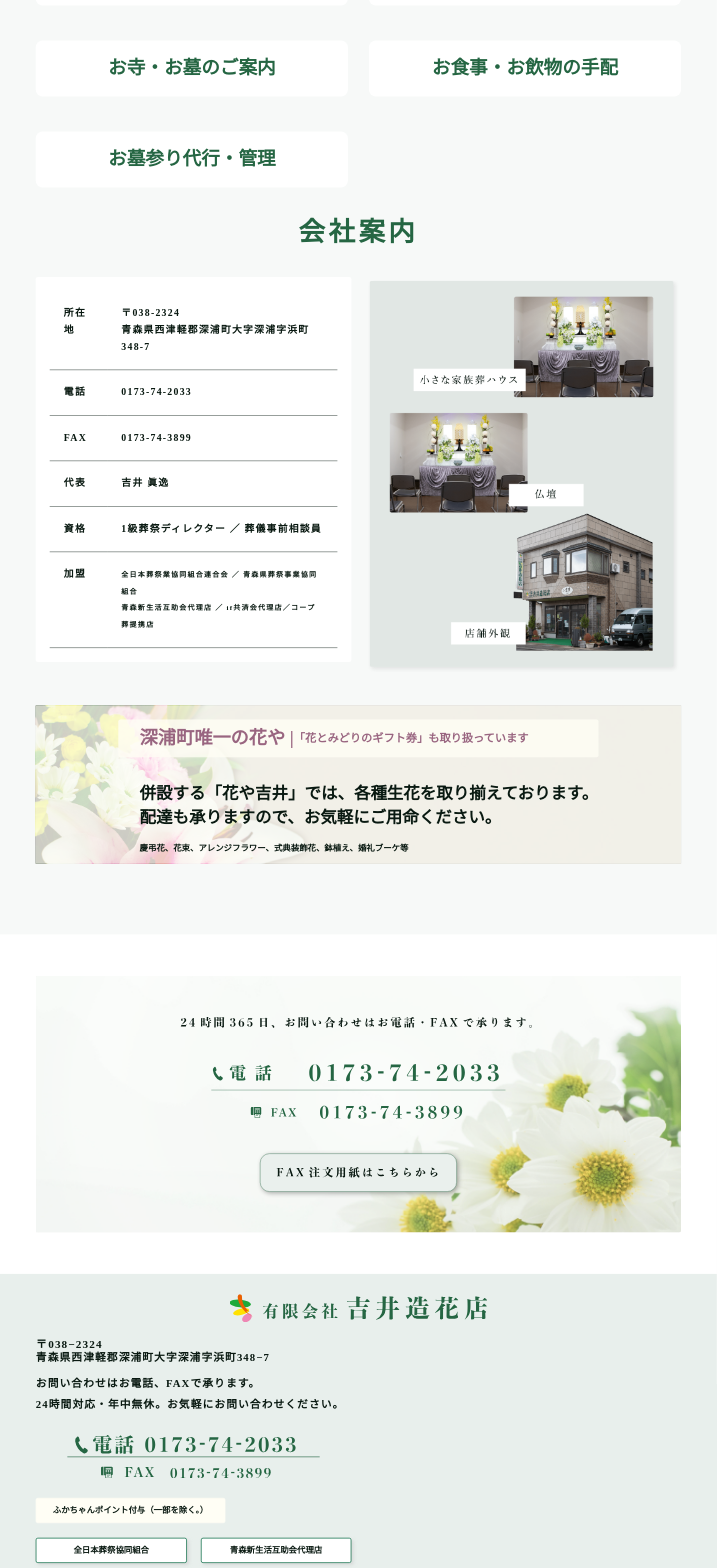
Repository: plus-agc-service-yamauchi/yoshii_scratch_ver3
Page: about.html
These files come from the project's save history. The page is drawn as it stood at one moment and after the next save; the edit follows.
The browser window is 1024 px wide. The pictures show the part of the page from y = 927 to 3167 px (the page is 3639 px tall), at 70% of full size.
Pictures or frames that could not be fetched are drawn as grey boxes. Some web libraries are served in a nearby version. The style sheet was rebuilt from its Sass, Less or Tailwind sources for each picture, by a compiler version that may differ from the author's.

Above is the page before, as saved 2021-02-01 16:09:02.
Console error (its wording comes from the project's code and is left out).

After the next save:
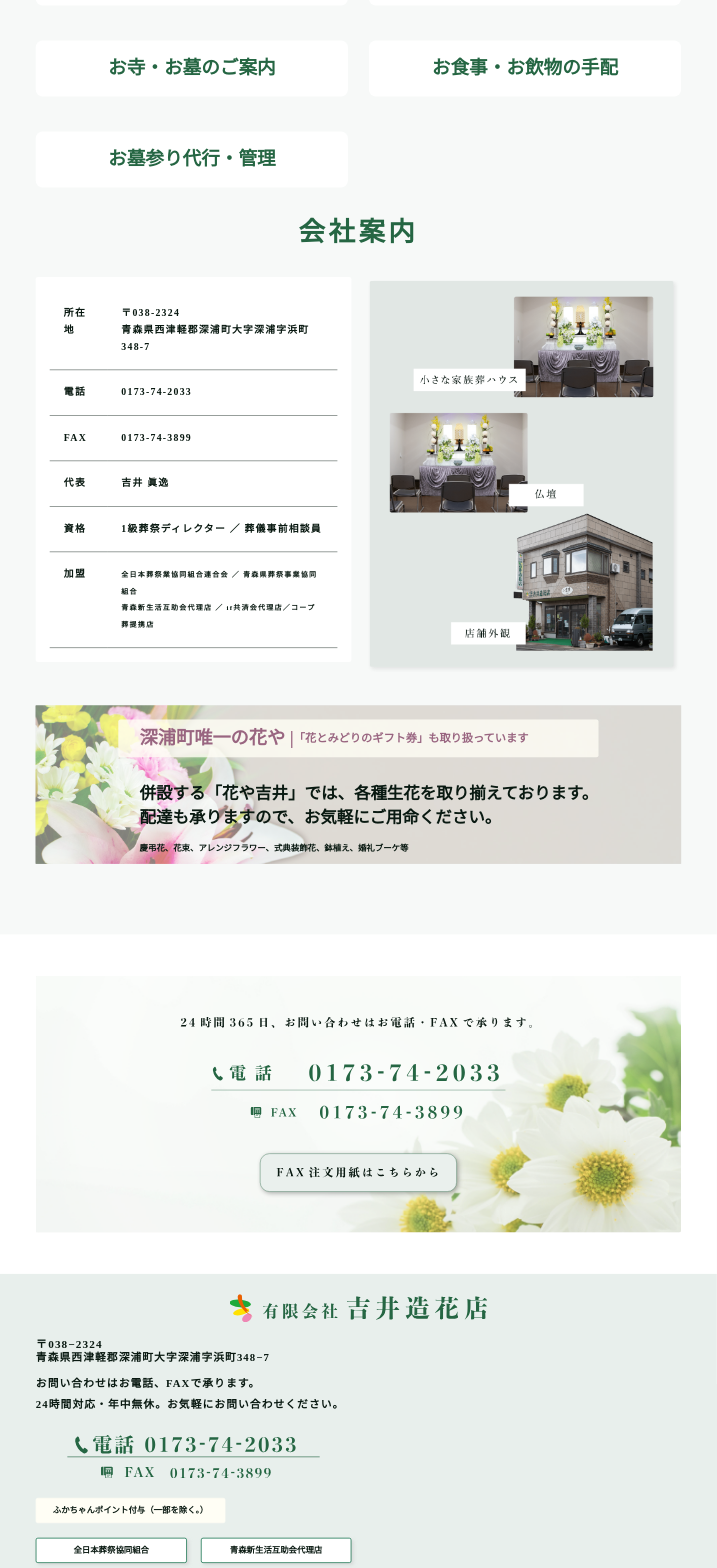
Saved 51 s later.
--- a/scss/about.scss
+++ b/scss/about.scss
@@ -145,7 +145,7 @@ div.tablebg {
 
   .bg-flower {
     background: url(../img/bg-flower.jpg) no-repeat;
-    background-color: rgba(255, 254, 245, 0.8);
+    background-color: rgba(255, 254, 245, 0.5);
     background-blend-mode: lighten;
     background-size: cover;
     padding: 20px 0 10px 0;
